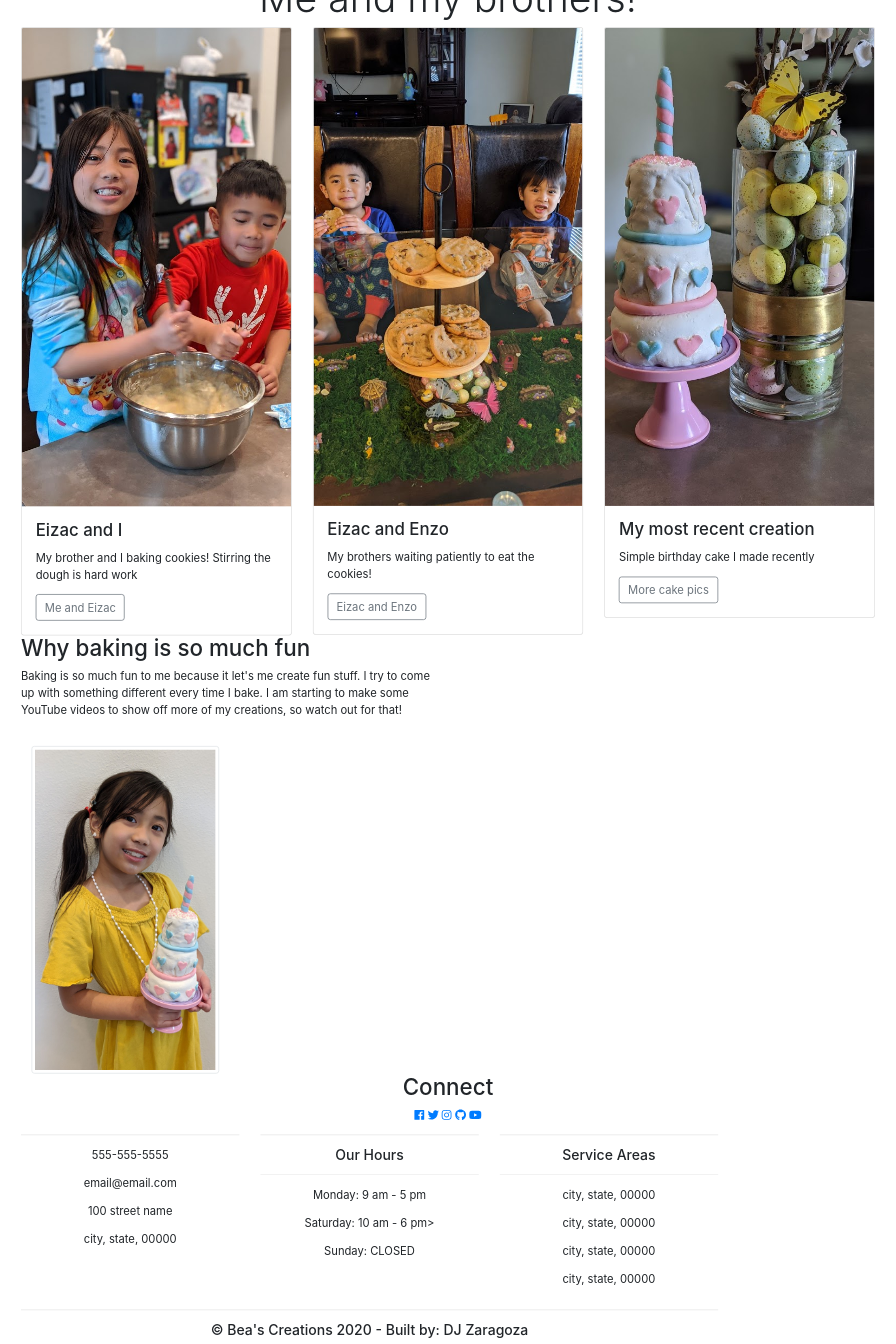
Repository: djzaragoza/Bea-Creation
Page: index.html
An editor plug-in stored every save of this project. The page is shown before and after the next save, followed by the edit.
The browser window is 1280 px wide. The pictures show the part of the page from y = 3964 to 5884 px (the page is 5884 px tall), at 70% of full size.
Some web libraries are served in a nearby version.

Above is the page before, as saved 2020-04-08 00:32:12.

### index.html
<!DOCTYPE html>
<html lang="en">
<head>
    <meta charset="utf-8">
    <meta name="viewport" content="width=device-width, initial-scale=1">
    <title>Bea's Creation</title>
    <link rel="stylesheet" href="https://maxcdn.bootstrapcdn.com/bootstrap/4.0.0/css/bootstrap.min.css">
    <script src="https://ajax.googleapis.com/ajax/libs/jquery/3.3.1/jquery.min.js"></script>
    <script src="https://cdnjs.cloudflare.com/ajax/libs/popper.js/1.12.9/umd/popper.min.js"></script>
    <script src="https://maxcdn.bootstrapcdn.com/bootstrap/4.0.0/js/bootstrap.min.js"></script>
    <script src="https://use.fontawesome.com/releases/v5.0.8/js/all.js"></script>
    <link rel="style.css" rel="stylesheet">
</head>
<body>

<!-- navigation -->
<nav class="navbar navbar-expand-md navbar-light bg-light sticky-top">
<div class="container-fluid">
    <a class="navbar-brand" href="#"><img src="img/bea_logo.png"></a>
    <button class="navbar-toggler" type="button" data-toggle="collapse" data-target="#navbarResponsive">
        <span class="navbar-toggler-icon"></span>
    </button>
    <div class="collapse navbar-collapse" id="navbarResponsive">
        <ul class="navbar-nav ml-auto">
            <li class="nav-item active">
                <a class="nav-link" href="#">Home</a>
            </li>
            <li class="nav-item">
                <a class="nav-link" href="#">Cakes</a>
            </li>
            <li class="nav-item">
                <a class="nav-link" href="#">Cupcakes</a>
            </li>
            <li class="nav-item">
                <a class="nav-link" href="#">Cookies</a>
            </li>
        </ul>
    </div>

</div>


</nav>


<!-- image slider -->
<div id="slides" class="carousel slide" data-ride="carousel">
    <ul class="carousel-indicators">
        <li data-target="#slides" data-slide-to="0" class="active"></li>
        <li data-target="#slides" data-slide-to="1">
        <li data-target="#slides" data-slide-to="2">
    </ul>
    <div class="carousel-inner">
        <div class="carousel-item active">
            <img src="img/bea_bellevue.jpg">
            <div class="carousel-caption">
                <h1 class="display-2">Hello! Nice to meet you!</h1>
                <h3>I'm Bea!</h3>
                <button type="button" class="btn btn-outline-light btn-lg">About Me!</button>
                <button type="button" class="btn btn-primary btn-lg">Click Me!</button>
            </div>
        </div>
        <div class="carousel-item">
            <img src="img/family.jpg">
        </div>
        <div class="carousel-item">
            <img src="img/bea_home_cupcakes.jpg">
        </div>
    </div>
</div>


<!-- jumbotron -->
<div class="container-fluid">
    <div class="row jumbotron">
        <div class="column-xs-12 col-sm-12 col-md-9 col-lg-9 col-xl-10">
            <p class="lead">Welcome to my page!  My daddy made it for me because he thinks I should show off all of the things I bake.  Check out his own website      ----------------------- > </p>
        </div>
        <div class="col-xs-12 col-sm-12 col-md-3 col-lg-3 col-xl-2">
            <a href="https://www.djzaragoza.dev" target="_blank"><button type="button" class="btn btn-outline-secondary btn-lg">My Daddy's page</button></a>
        </div>

    </div>
</div>

<!-- welcome section -->

<div class="container-fluid padding">
<div class="row welcome text-center">
    <div class="col-12">
        <h1 class="display-4">Creating yummy stuff is so much fun!</div>
    </div>
    <hr>
    <div class="col-12">
        <p class="lead">Welcome to my own site!  I love baking all kinds of cakes, cookies and cupcakes for my family.</p>
    </div>
<div>
</div>

<!-- three column section -->
<div class="container-fluid padding">
<div class="row text-center padding">
    <div class="col-xs-12 col-sm-6 col-md-4">
        <img src="img/cake_icon.png">
        <h3>Cakes</h3>
        <p>I love baking cakes because I like decorating and eating them</p>
    </div>
    <div class="col-xs-12 col-sm-6 col-md-4">
        <img src="img/cookie_icon.jpg">
        <h3>Cookies</h3>
        <p>Cookies are so much fun because it is quick to make!</p>
    </div>
    <div class="col-sm-12 col-md-4">
        <img src="img/cupcake_icon.jpg">
        <h3>Cupcakes</h3>
        <p>I enjoy decorating them!</p>
    </div>
</div>
<hr class="my-4">
</div>

<!-- two column section -->

<div class="container-fluid padding">
    <div class="row padding">
        <div class="col-md-12 col-lg-6">
            <h2>What inspires me ...</h2>
            <p>"Most recently, I learned another hobby: baking.  It's so much fun to mix all the ingredients and to see the cake come out nice.  It's so rewarding when the cake comes out great and tastes great."
            </p>
            <br>
            <a href="https://www.icingsmiles.org" target="_blank" class="btn btn-primary">Make a Difference</a>
        <div>
        <div class="col-lg-6">
            <img src="img/family_baking_icon.jpg" class="img-fluid">
        </div>
    </div>
</div>
<hr class="my-4">
<!-- fixed background -->
<figure>
    <div class="fixed-wrap">
        <div id="fixed">
        </div>
    </div>
</figure>


<!-- emoji section -->
<button class="fun" data-toggle="collapse" data-target="#emoji">Click for fun!</button>
<div id="emoji" class="collapse">
    <div class="container-fluid padding">
        <div class="row text-center">
            <div class="col-sm-6 col-md-3">
                <img class="gif" src="img/custard.png">
            </div>
            <div class="col-sm-6 col-md-3">
                <img class="gif" src="img/cake.png">
            </div>
            <div class="col-sm-6 col-md-3">
                <img class="gif" src="img/cupcake.png">
            </div>
            <div class="col-sm-6 col-md-3">
                <img class="gif" src="img/icecream.png">
            </div>
        </div>
    </div>
</div>

<!-- meet the team -->
<div class="container-fluid padding">
<div class="row welcome text-center">
    <div class="col-12">
        <h1 class="display-4">Me and my brothers!</h1>
    </div>
    <hr>
</div>
</div>


<!-- cards -->

<div class="container-fluid padding">
<div class="row padding">
    <div class="col-md-4">
        <div class="card">
            <img class="card-img-top" src="img/brothers_1.jpg">
            <div class="card-body">
                <h4 class="card-title">Eizac and I</h4>
                <p class="card-text">My brother and I baking cookies!  Stirring the dough is hard work</p>
                <a href="#" class="btn btn-outline-secondary">Me and Eizac</a>
            </div>
        </div>
    </div>

    <div class="col-md-4">
        <div class="card">
            <img class="card-img-top" src="img/brothers_2.jpg">
            <div class="card-body">
                <h4 class="card-title">Eizac and Enzo</h4>
                <p class="card-text">My brothers waiting patiently to eat the cookies!</p>
                <a href="#" class="btn btn-outline-secondary">Eizac and Enzo</a>
            </div>
        </div>
    </div>

    <div class="col-md-4">
        <div class="card">
            <img class="card-img-top" src="img/brothers_3.jpg">
            <div class="card-body">
                <h4 class="card-title">My most recent creation</h4>
                <p class="card-text">Simple birthday cake I made recently</p>
                <a href="#" class="btn btn-outline-secondary">More cake pics</a>
            </div>
        </div>
    </div>

</div>
</div>

<!-- two column section -->
<div class="container-fluid padding">
    <div class="row padding">
        <div class="col-md-12 col-lg-6">
            <h2>Why baking is so much fun</h2>
            <p>Baking is so much fun to me because it let's me create fun stuff.  I try to come up with something different every time I bake.  I am starting to make some YouTube videos to show off more of my creations, so watch out for that!
            </p>
            <br>
        <div>
        <div class="col-lg-6">
            <img src="img/bea_cover_photo.jpg" class="img-thumbnail">
        </div>
    </div>
</div>

<!-- connect -->
<div class="container-fluid padding">
    <div class="row text-center padding">
        <div class="col-12">
            <h2>Connect</h2>
        </div>
        <div class="col-12 social padding">
            <a href="#"><i class="fab fa-facebook"></i></a>
            <a href="#"><i class="fab fa-twitter"></i></a>
            <a href="#"><i class="fab fa-instagram"></i></a>
            <a href="#"><i class="fab fa-github"></i></a>
            <a href="#"><i class="fab fa-youtube"></i></a>
        </div>
    </div>
</div>

<!-- footer -->
<footer>
    <div class="container-fluid padding">
        <div class="row text-center">
            <div class="col-md-4">
                <hr class="light">
                <p>555-555-5555</p>
                <p>email@email.com</p>
                <p>100 street name</p>
                <p>city, state, 00000</p>
            </div>
            <div class="col-md-4">
                <hr class="light">
                <h5>Our Hours</h5>
                <hr class="light">
                <p>Monday: 9 am - 5 pm</p>
                <p>Saturday: 10 am - 6 pm></p>
                <p>Sunday: CLOSED</p>
            </div>
            <div class="col-md-4">
                <hr class="light">
                <h5>Service Areas</h5>
                <hr class="light">
                <p>city, state, 00000</p>
                <p>city, state, 00000</p>
                <p>city, state, 00000</p>
                <p>city, state, 00000</p>
            </div>
            <div class="col-12">
            <hr class="light">
            <h5>&copy Bea's Creations 2020 - Built by: DJ Zaragoza</h5>
        </div>
    </div>
</footer>




</body>



</html>

After the next save:
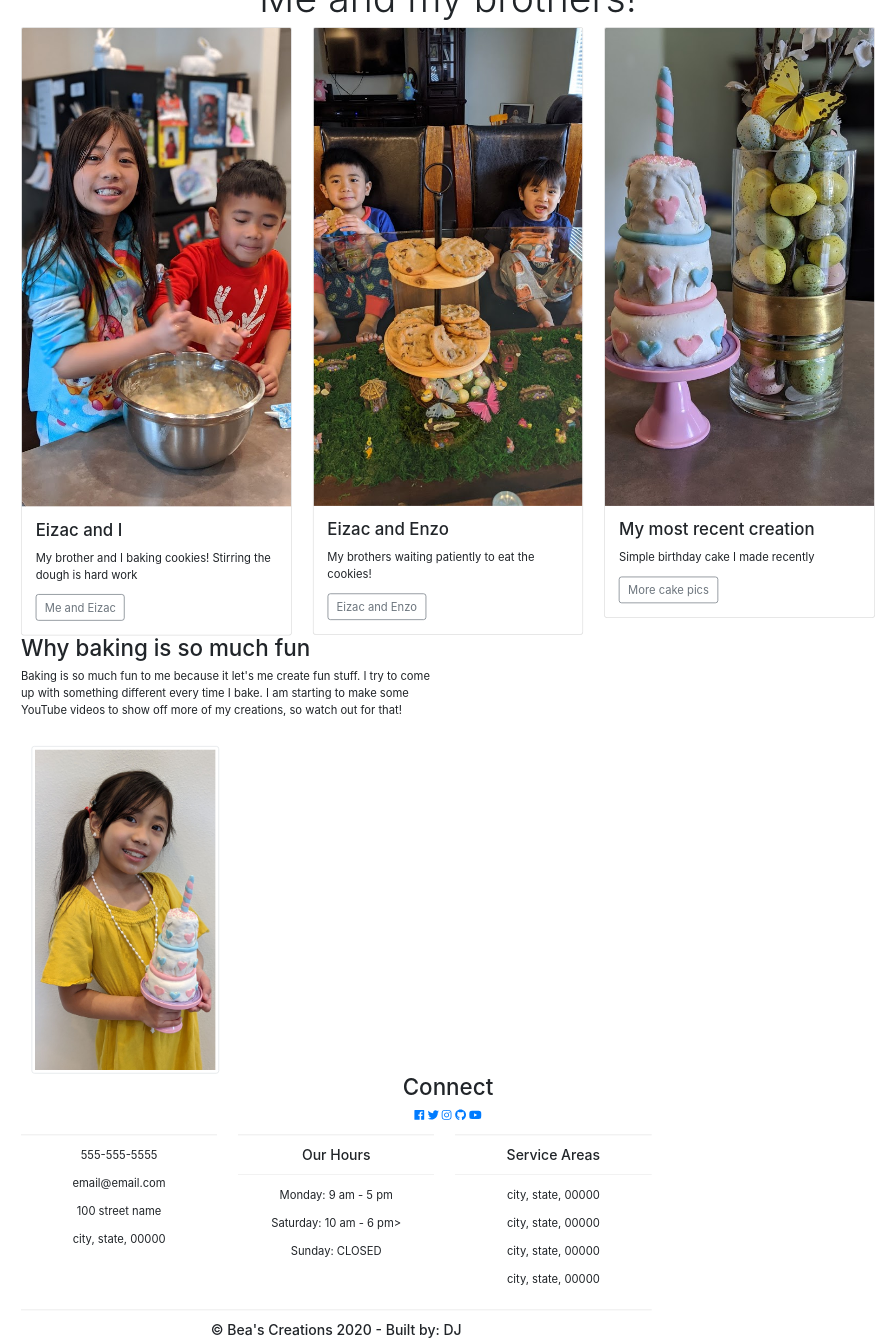
Saved 2 min 25 s later.
--- a/index.html
+++ b/index.html
@@ -278,7 +278,7 @@
             </div>
             <div class="col-12">
             <hr class="light">
-            <h5>&copy Bea's Creations 2020 - Built by: DJ Zaragoza</h5>
+            <h5>&copy Bea's Creations 2020 - Built by: DJ </h5>
         </div>
     </div>
 </footer>

After the save that followed:
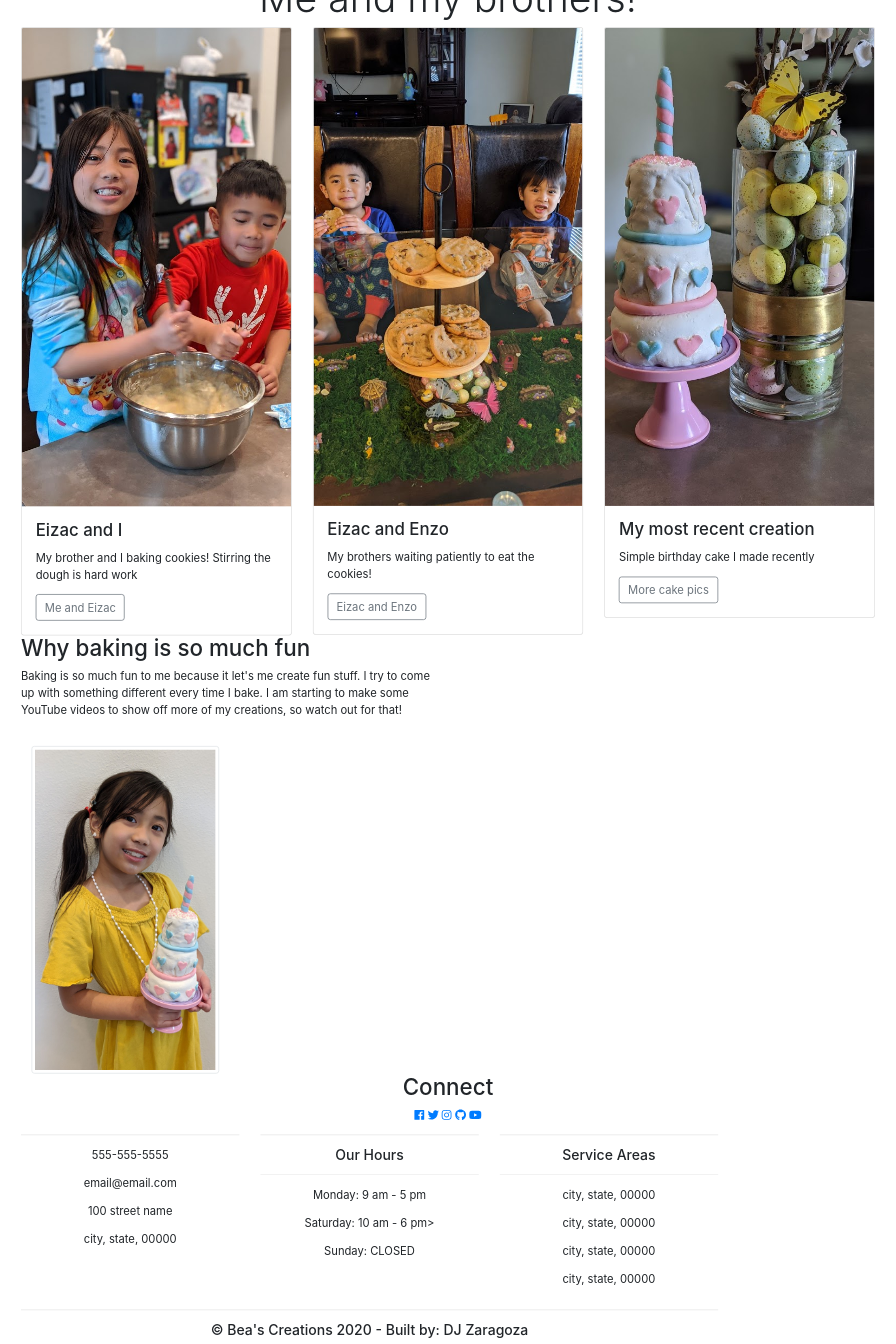
Saved 9 s later.
--- a/index.html
+++ b/index.html
@@ -278,7 +278,7 @@
             </div>
             <div class="col-12">
             <hr class="light">
-            <h5>&copy Bea's Creations 2020 - Built by: DJ </h5>
+            <h5>&copy Bea's Creations 2020 - Built by: DJ Zaragoza</h5>
         </div>
     </div>
 </footer>
